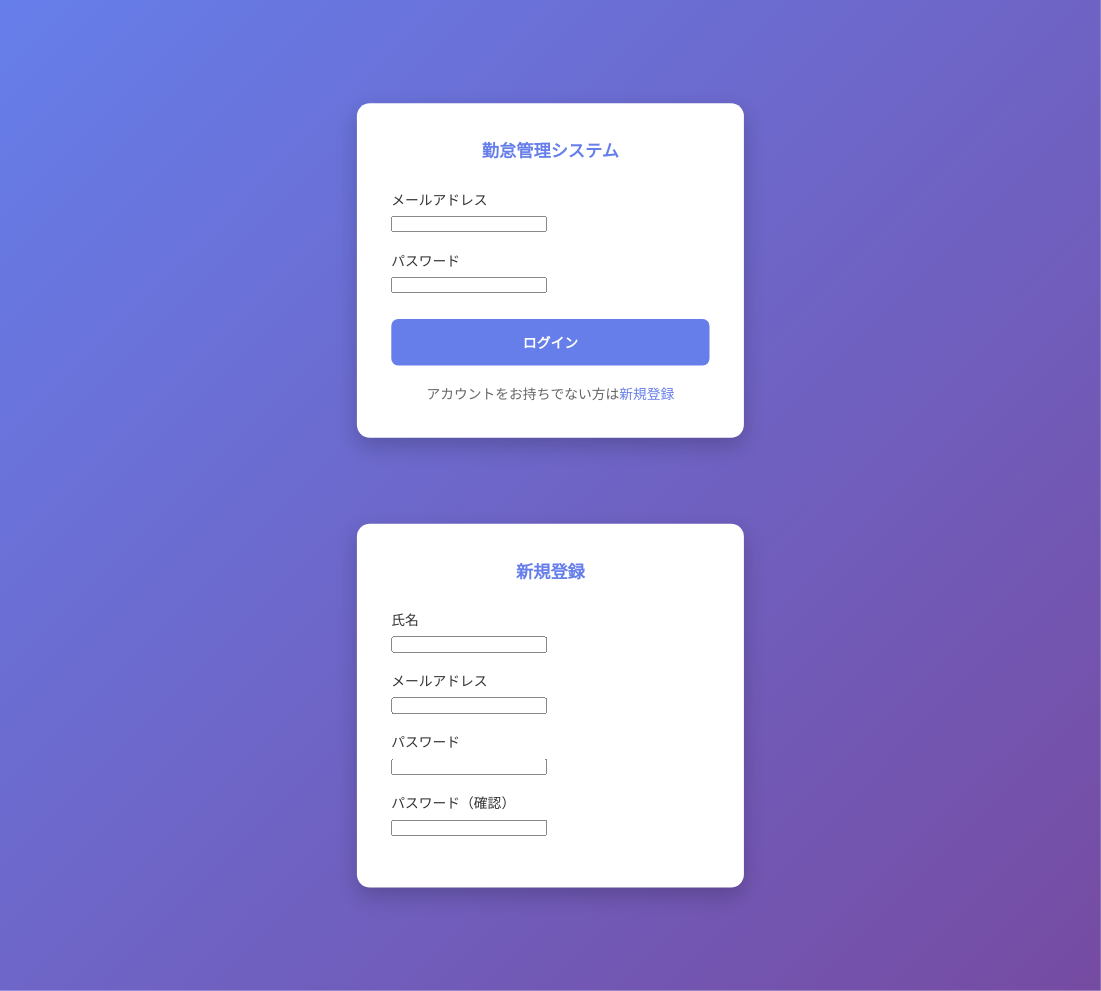
Repository: 04bit/WEB_HCJ
Page: index.html
These files come from the project's save history. The page is drawn as it stood at one moment and after the next save; the edit follows.
The browser window is 1280 px wide. The pictures show the whole page, at 86% of full size.

Above is the page before, as saved 2025-11-25 15:57:59.

After the next save:
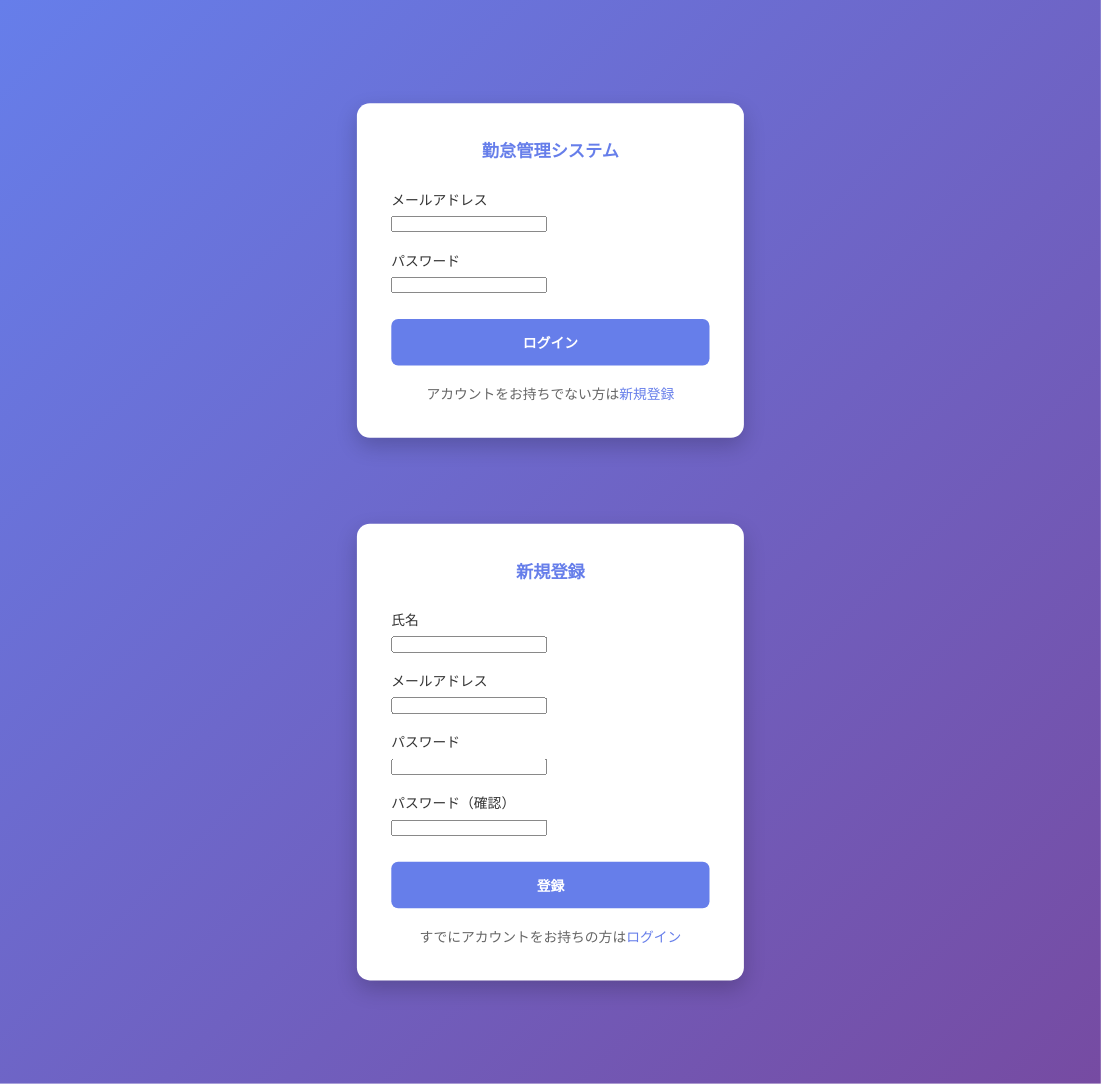
Saved 32 min 54 s later.
--- a/index.html
+++ b/index.html
@@ -1,11 +1,13 @@
 <!DOCTYPE html>
 <html lang="ja">
+
 <head>
     <meta charset="UTF-8">
     <meta name="viewport" content="width=device-width, initial-scale=1.0">
     <title>勤怠管理システム</title>
     <link rel="stylesheet" href="style.css">
 </head>
+
 <body>
     <!-- ログイン画面 -->
     <div id="loginScreen" class="auth-container">
@@ -48,7 +50,12 @@
                 <label>パスワード（確認）</label>
                 <input type="password" id="registerPasswordConfirm" title="registerPasswordConfirm" required>
             </div>
+            <button type="submit" class="btn btn-primary">登録</button>
         </form>
+        <div class="switch-form">
+            すでにアカウントをお持ちの方は<a id="showLogin">ログイン</a>
+        </div>
     </div>
 </body>
+
 </html>
